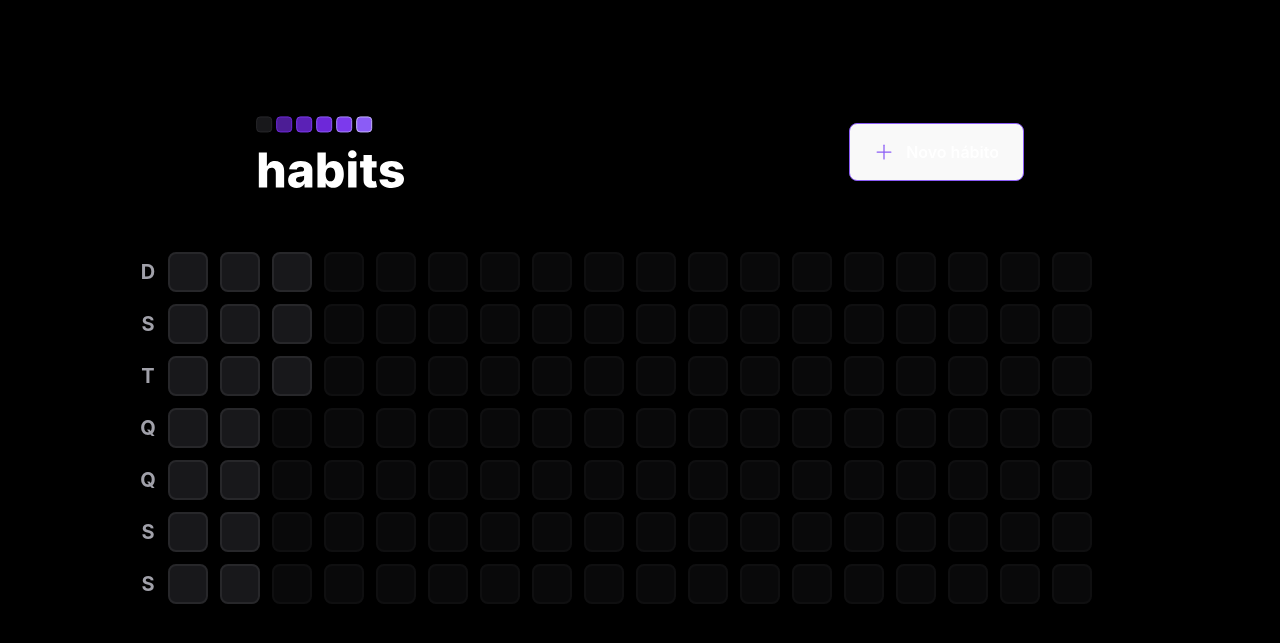
Repository: Herlander929/Setup-Constolador-de-h-bitos
Page: / (app in front-end/web/)
The author's editor kept a copy of each file at every save. The page is drawn from the files as they stood at one save, then again after the next save.
The browser window is 1280 px wide. The pictures show the whole page.
The project was rebuilt for these pictures with package versions that can differ from the ones it lists, and the page was loaded fresh each time. Also part of the build but not shown: front-end/web/vite.config.ts, front-end/web/src/componentes/NewHabitForm.tsx.

Above is the page before, as saved 2023-01-20 15:57:15.

### front-end/web/index.html
<!DOCTYPE html>
<html lang="en">
  <head>
    <meta charset="UTF-8" />
    <link rel="icon" type="image/svg+xml" href="/vite.svg" />
    <meta name="viewport" content="width=device-width, initial-scale=1.0" />
    <title>Vite + React + TS</title>
  </head>
  <body class="bg-black text-white">
    <div id="root"></div>
    <script type="module" src="/src/main.tsx"></script>
  </body>
</html>

### front-end/web/src/App.tsx
import { Header } from './componentes/Header';
import  {SummaryTable } from './componentes/SummaryTable';
import './styles/global.css';



export function App() {

  return (
    <div className="w-screen h-screen flex justify-center items-center">
      <div className="w-full max-w-5xl px-6, flex flex-col gap-16">
    <Header/>
    <SummaryTable/>
      </div>

    </div>
  )
}

### front-end/web/src/componentes/Header.tsx
import LogoImage from '../assets/logo.svg'
import * as Dialog from '@radix-ui/react-dialog';
import { Plus, X } from 'phosphor-react'
import { NewHabitForm } from './NewHabitForm';


export function Header() {



    return (
        <div className="w-full max-w-3xl mx-auto flex items-center justify-between">
            <img src={LogoImage} alt="habits" />

            <Dialog.Root>
                <Dialog.Trigger
                    type="button"
                    className="border border-violet-500 font-semibold rounded-lg px-6 py-4 flex items-center gap-3 hover:border-violet-300"
                >
                    <Plus size={20} className="text-violet-500" />
                    Novo hábito
                    </Dialog.Trigger>


            <Dialog.Portal>
                <Dialog.Overlay className='w-screen h-screen bg-black/80 fixed inset-0'/>
                <Dialog.Content className='absolute p-10 bg-zinc-900 rounded-2xl w-full max-w-md top-1/2 left-1/2 -translate-x-1/2 -translate-y-1/2'>
                    <Dialog.Close className='absolute right-6 top-6 text-zinc-400 hover:text-zinc-200 '>
                        <X size={24} aria-label = "Fechar"/>
                    </Dialog.Close>

                    <Dialog.Title className='text-3xl leading-tight font-extrabold'>
                        Criar hábito
                    </Dialog.Title>

                    <NewHabitForm/>
                </Dialog.Content>
            </Dialog.Portal>
            </Dialog.Root>

        </div>
    )
}

### front-end/web/src/componentes/SummaryTable.tsx
import { generateDatesFromYearBegining } from '../utils/genarate-dates-drom-year-begining';
import { HabitDay } from './HabitDay';

const weekDays = ['D', 'S', 'T', 'Q', 'Q', 'S', 'S']

const summaryDates = generateDatesFromYearBegining()

const minimumSummaryDatesSize = 18 * 7 //18 weeks

const amountOfDaysToFill = minimumSummaryDatesSize - summaryDates.length


export function SummaryTable() {


    return (

        <div className="w-full flex">
            <div className="grid grid-rows-7 grid-flow-row gap-3">

                {weekDays.map((weekDay, i) => {
                    return (
                        <div  key={`${weekDay}-${i}`}
                        className="text-zinc-400 text-xl font-bold h-10 w-10 flex items-center justify-center">
                            {weekDay}
                        </div>

                    )
                })}


            </div>

            <div className="grid grid-rows-7 grid-flow-col gap-3">
               {summaryDates.map(date => {
                return <HabitDay
                key={date.toString()}
                />


               })}
               {amountOfDaysToFill > 0 && Array.from({length: amountOfDaysToFill}).map((_, i) => {
                return (
                    <div key={i}
                    className="w-10 h-10 bg-zinc-900 border-2 border-zinc-800 rounded-lg opacity-40 cursor-not-allowed"/>
                )
               })
               }


            </div>
        </div>
    )
}

### front-end/web/src/utils/genarate-dates-drom-year-begining.ts
import dayjs from 'dayjs'

export function generateDatesFromYearBegining() {

    const firstDayofTheYear = dayjs().startOf('year')
    const today = new Date()

    const dates = []
    let compareDate = firstDayofTheYear

    while (compareDate.isBefore(today)) {
        dates.push(compareDate.toDate())
        compareDate = compareDate.add(1,'day')
    }

    return dates

}

### front-end/web/src/componentes/HabitDay.tsx



export function HabitDay (){
    return (

            <div className="w-10 h-10 bg-zinc-900 border-2 border-zinc-800 rounded-lg"></div>

    )
}

### front-end/web/tailwind.config.cjs
/** @type {import('tailwindcss').Config} */
module.exports = {
  content: [
    './src/**/*.tsx',
    './index.html'
  ],
  theme: {
    extend: {
      colors:{
        background: '#09090A'
      },
      gridTemplateRows: {
        7: 'repeat(7,minmax(0, 1fr))'
      },
    },
  },
  plugins: [],
}

Loaded but not shown: front-end/web/src/main.tsx (common file); front-end/web/src/index.css (common file); front-end/web/src/styles/global.css (common file)

After the next save:
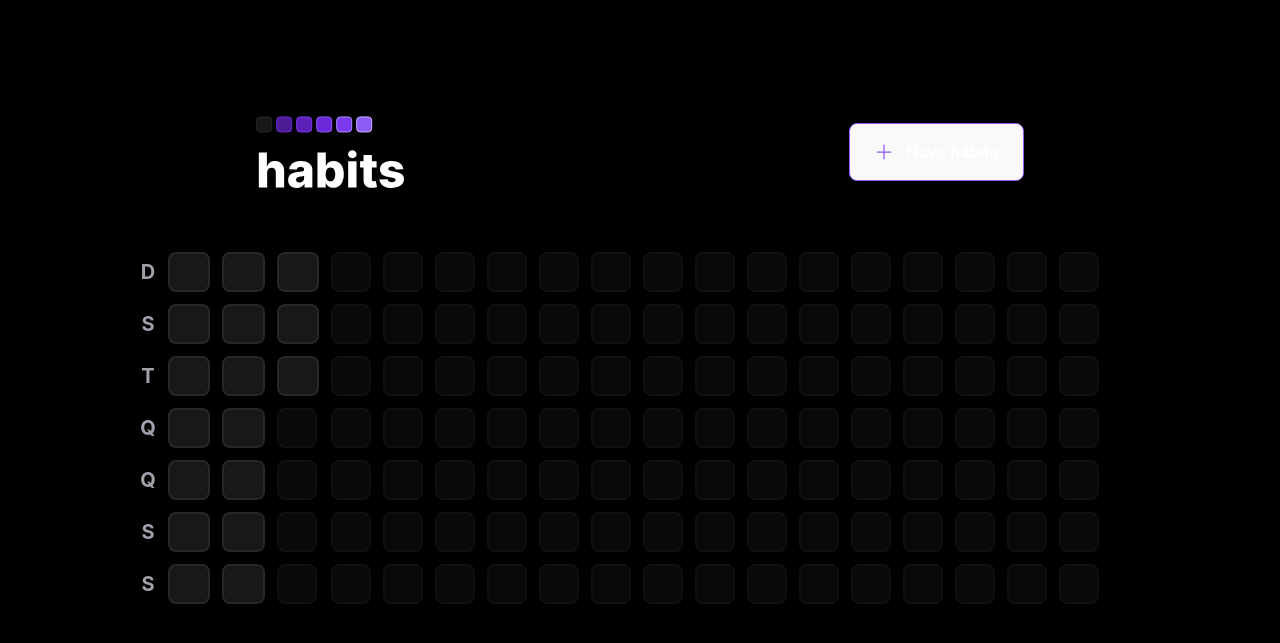
Saved 5 min 49 s later.
--- a/front-end/web/src/componentes/HabitDay.tsx
+++ b/front-end/web/src/componentes/HabitDay.tsx
@@ -1,10 +1,18 @@
-
+import * as Popover from '@radix-ui/react-popover';
 
 
 export function HabitDay (){
     return (
+       <Popover.Root>
+        <Popover.Trigger className="w-10 h-10 bg-zinc-900 border-2 border-zinc-800 rounded-lg">
+            <Popover.Portal>
+                <Popover.Content className='min-w-[320px] w-full p-6 rounded-2xl bg-zinc-900 flex flex-col'>
+                    teste
 
-            <div className="w-10 h-10 bg-zinc-900 border-2 border-zinc-800 rounded-lg"></div>
+                </Popover.Content>
+            </Popover.Portal>
+        </Popover.Trigger>
+      </Popover.Root>
 
     )
 }
